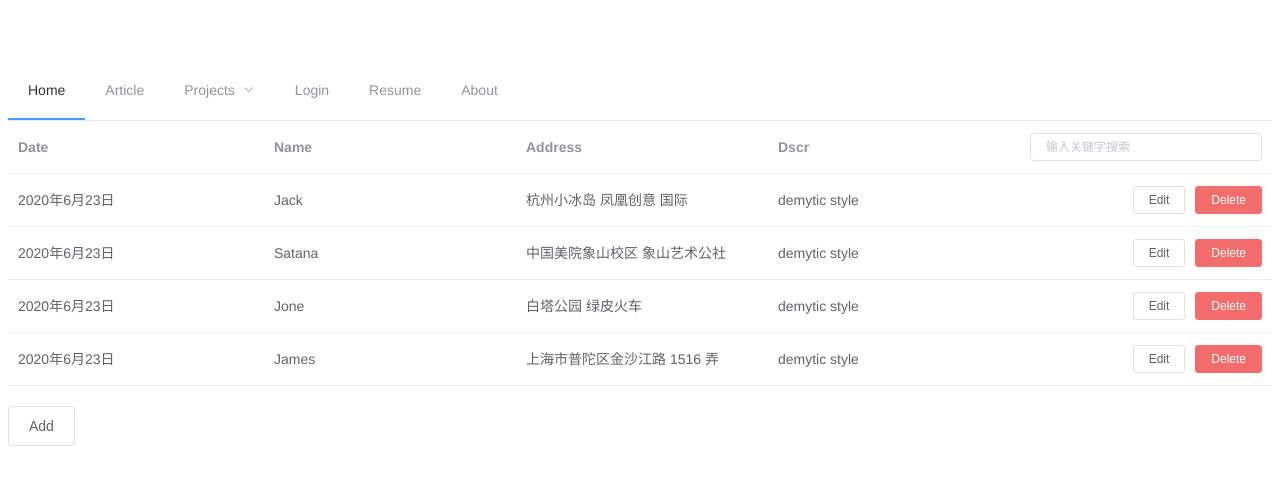
Repository: Cessiia/mihayo-html
Page: /
An editor plug-in stored every save of this project. The page is shown before and after a run of saves, followed by the edit.
The browser window is 1280 px wide. The pictures show the whole page.
The project was rebuilt for these pictures with package versions that can differ from the ones it lists, and the page was loaded fresh each time. Also part of the build but not shown: src/components/Home.vue, src/components/FirstPage.vue, src/components/SecondPage.vue, src/components/HomeComponents/FirstPart.vue, src/components/HomeComponents/SecondPart.vue.

Above is the page before, as saved 2021-04-12 16:54:24.

After the next 2 saves:
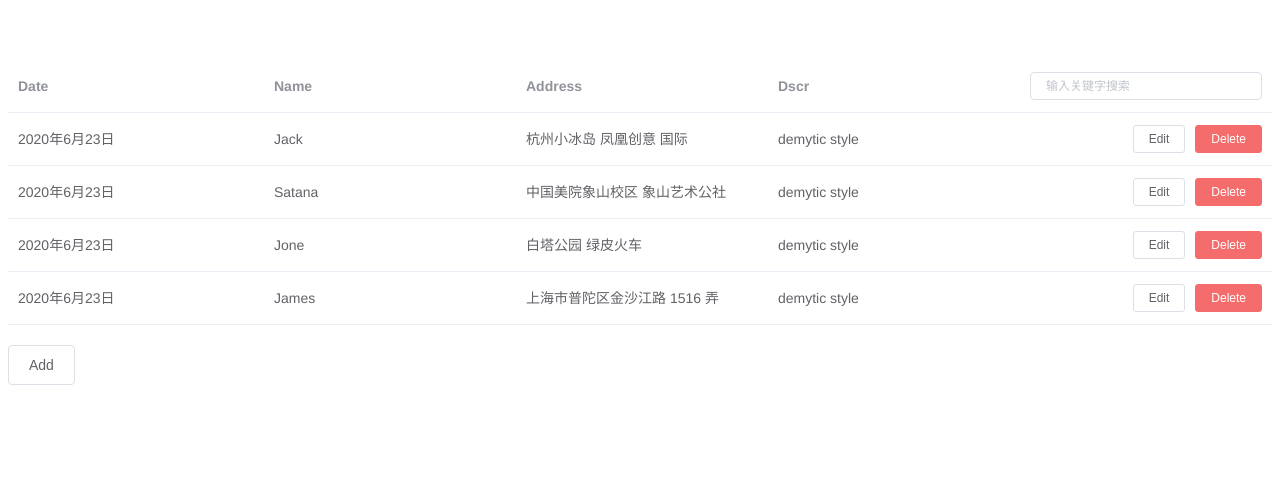
The 2 saves are shown as one change because 1 did not build or start.
The last was saved 87 s later.
--- a/src/components/AppComponents/Navbar.vue
+++ b/src/components/AppComponents/Navbar.vue
@@ -1,25 +1,15 @@
 <template>
-  <div display:inline>
-    <el-menu
-      theme="dark"
-      :default-active="activeIndex"
-      class="el-menu-demo"
-      mode="horizontal"
-      @select="handleSelect"
-    >
-      <el-menu-item index="1">Home</el-menu-item>
-      <el-menu-item index="2">Article</el-menu-item>
-      <el-submenu index="3">
-        <template slot="title">Projects</template>
-        <el-menu-item index="3-1">Shiny</el-menu-item>
-        <el-menu-item index="3-2">LearnVue</el-menu-item>
-        <el-menu-item index="4-3">OtherProject</el-menu-item>
-      </el-submenu>
-      <el-menu-item index="4">Login</el-menu-item>
-      <el-menu-item index="5">Resume</el-menu-item>
-      <el-menu-item index="6">About</el-menu-item>
-    </el-menu>
-  </div>
+  <el-row :gutter="20">
+    <el-col :span="4">
+      <div class="grid-content bg-purple"></div>
+    </el-col>
+    <el-col :span="16">
+      <div class="grid-content bg-purple"></div>
+    </el-col>
+    <el-col :span="4">
+      <div class="grid-content bg-purple"></div>
+    </el-col>
+  </el-row>
 </template>
 <script>
 export default {

After the save that followed:
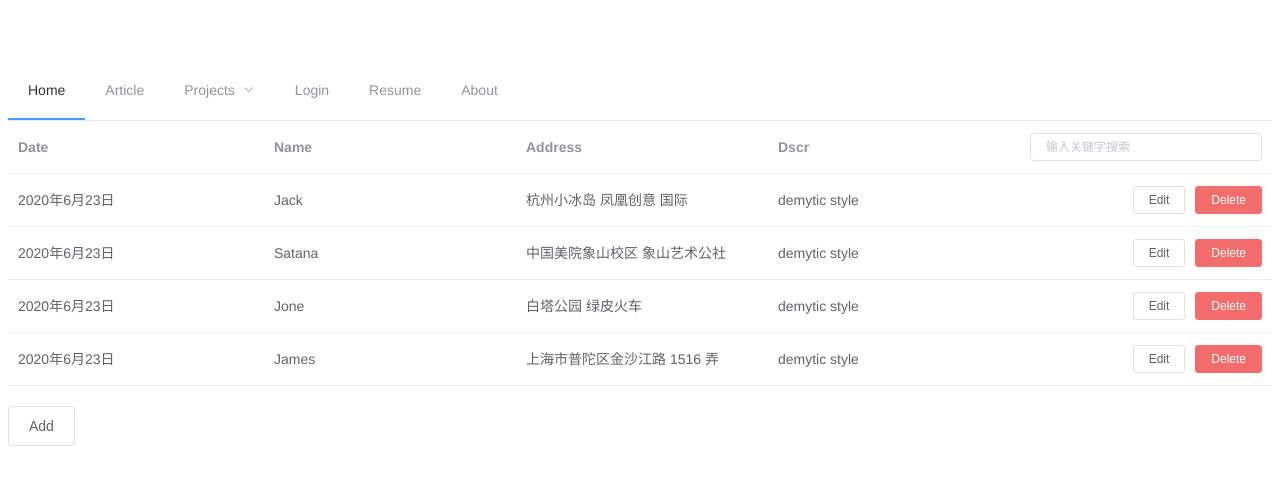
Saved 55 s later.
--- a/src/components/AppComponents/Navbar.vue
+++ b/src/components/AppComponents/Navbar.vue
@@ -1,15 +1,25 @@
 <template>
-  <el-row :gutter="20">
-    <el-col :span="4">
-      <div class="grid-content bg-purple"></div>
-    </el-col>
-    <el-col :span="16">
-      <div class="grid-content bg-purple"></div>
-    </el-col>
-    <el-col :span="4">
-      <div class="grid-content bg-purple"></div>
-    </el-col>
-  </el-row>
+  <div display:inline>
+    <el-menu
+      theme="dark"
+      :default-active="activeIndex"
+      class="el-menu-demo"
+      mode="horizontal"
+      @select="handleSelect"
+    >
+      <el-menu-item index="1">Home</el-menu-item>
+      <el-menu-item index="2">Article</el-menu-item>
+      <el-submenu index="3">
+        <template slot="title">Projects</template>
+        <el-menu-item index="3-1">Shiny</el-menu-item>
+        <el-menu-item index="3-2">LearnVue</el-menu-item>
+        <el-menu-item index="4-3">OtherProject</el-menu-item>
+      </el-submenu>
+      <el-menu-item index="4">Login</el-menu-item>
+      <el-menu-item index="5">Resume</el-menu-item>
+      <el-menu-item index="6">About</el-menu-item>
+    </el-menu>
+  </div>
 </template>
 <script>
 export default {
